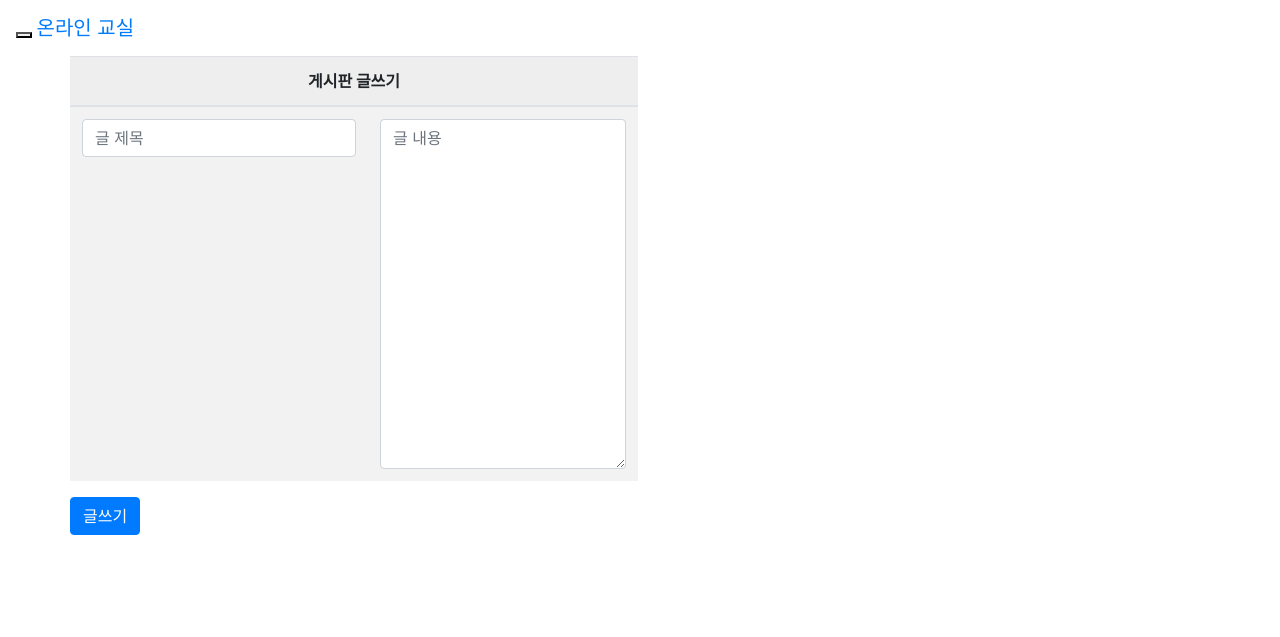
Repository: Munro-L/I-spy-oT__cuHacking-2019
Page: http://localhost/BBS/write.jsp
An editor plug-in stored every save of this project. The page is shown before and after the next save, followed by the edit.
The browser window is 1280 px wide. The pictures show the whole page.
The page is served by Tomcat 9. Other server files are loaded and not shown.

Above is the page before, as saved 2019-02-02 04:23:24.

### BBS-master/projects/BBS/WebContent/write.jsp
<%@ page language="java" contentType="text/html; charset=UTF-8"
    pageEncoding="UTF-8"%>
<%@ page import = "java.io.PrintWriter" %>
<!DOCTYPE html>
<html>
	<head>
		<meta http-equiv="Content-Type" content="text/html; charset=UTF-8">
		<meta name="viewport" content="width=device-width" initial-scale="1">
		<link rel="stylesheet" href="css/bootstrap.css">
		<title>온라인 교실</title>
	</head>
	<body>
		<%
			String userID = null;
			if(session.getAttribute("userID")!=null){
				userID = (String) session.getAttribute("userID");
			}

		%>
		<nav class="navbar navbar-default">
			<div class="navbar-header">
				<button type="button" class="navbar-toggle collapsed"
					data-toggle="collapse" data-target="#bs-example-navbar-collapse-1"
					aria-expanded="false">
					<span class="icon-bar"></span>
					<span class="icon-bar"></span>
					<span class="icon-bar"></span>
				</button>
				<a class="navbar-brand" href="main.jsp">온라인 교실</a>
			</div>
			<div class="collapse navbar-collapse" id="bs-example-navbar-collapse-1">
				<ul class="nav navbar-nav">
					<li><a href="main.jsp">메인</a></li>
					<li class="active"><a href="bbs.jsp">게시판</a></li>
				</ul>
				<%
					if(userID==null){
				%>
				<ul class="nav navbar-nav navbar-right">
					<li class="dropdown">
						<a href="#" class="dropdown-toggle"
							data-toggle="dropdown" role="button" aria-haspopup="true"
							aria-expanded="false">접속하기<span class="caret"></span></a>
						<ul class="dropdown-menu">
							<li><a href="login.jsp">로그인</a></li>
							<li><a href="join.jsp">회원가입</a></li>
						</ul>
					</li>
				</ul>
				<%
					}else{
				%>
				<ul class="nav navbar-nav navbar-right">
					<li class="dropdown">
						<a href="#" class="dropdown-toggle"
							data-toggle="dropdown" role="button" aria-haspopup="true"
							aria-expanded="false">회원관리<span class="caret"></span></a>
						<ul class="dropdown-menu">
							<li><a href="logoutAction.jsp">로그아웃</a></li>
						</ul>
					</li>
				</ul>
				<%
					}
				%>

			</div>
		</nav>

		<div class="container">
			<div class="row">
				<form method="post" action="writeAction.jsp">
				<table class="table table-striped">
					<thead>
						<tr>
							<th colspan="2" style="background-color:#eeeeee; text-align: center;">게시판 글쓰기</th>
						</tr>
					</thead>
					<tbody>
						<tr>
							<td><input type="text" class="form-control" placeholder="글 제목" name="bbsTitle" maxlength="50"></td>
							<td><textarea class="form-control" placeholder="글 내용" name="bbsContent" maxlength="2048" style="height:350px"></textarea></td>
						</tr>
					</tbody>
				</table>
				<input type="submit" class="btn btn-primary pull-right" value="글쓰기">
				</form>
			</div>
		</div>
	</body>
</html>

Loaded but not shown: BBS-master/projects/BBS/WebContent/css/bootstrap.css (library)

After the next save:
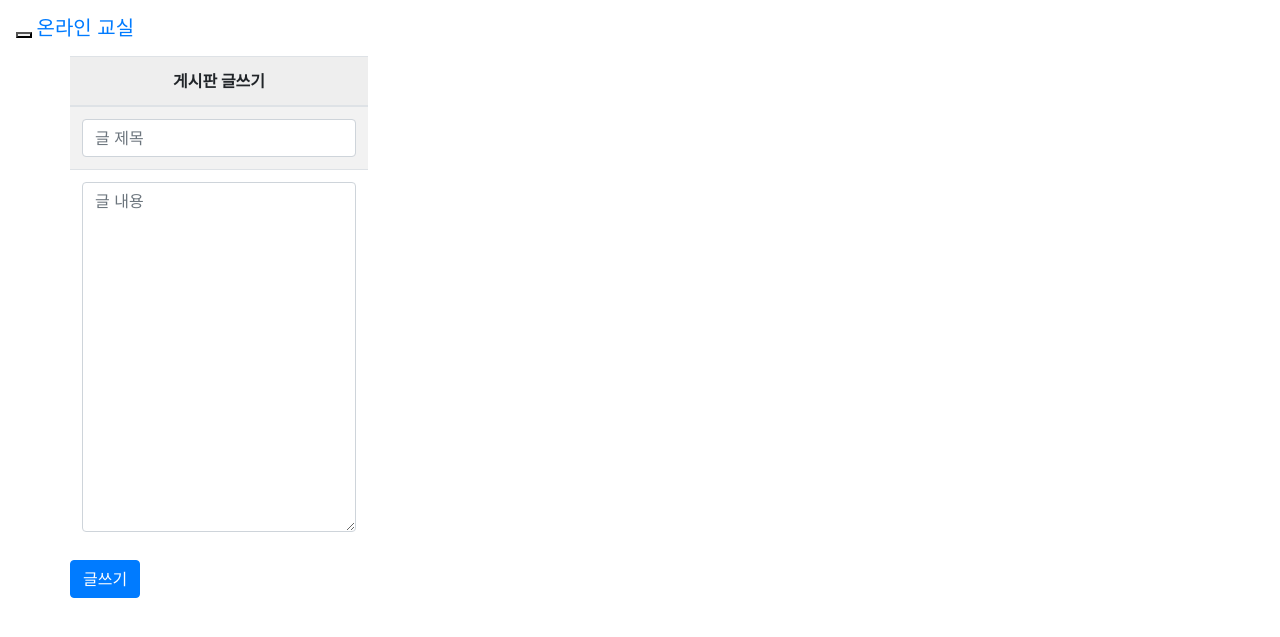
Saved 13 s later.
--- a/BBS-master/projects/BBS/WebContent/write.jsp
+++ b/BBS-master/projects/BBS/WebContent/write.jsp
@@ -79,6 +79,8 @@
 					<tbody>
 						<tr>
 							<td><input type="text" class="form-control" placeholder="글 제목" name="bbsTitle" maxlength="50"></td>
+						</tr>
+						<tr>
 							<td><textarea class="form-control" placeholder="글 내용" name="bbsContent" maxlength="2048" style="height:350px"></textarea></td>
 						</tr>
 					</tbody>
